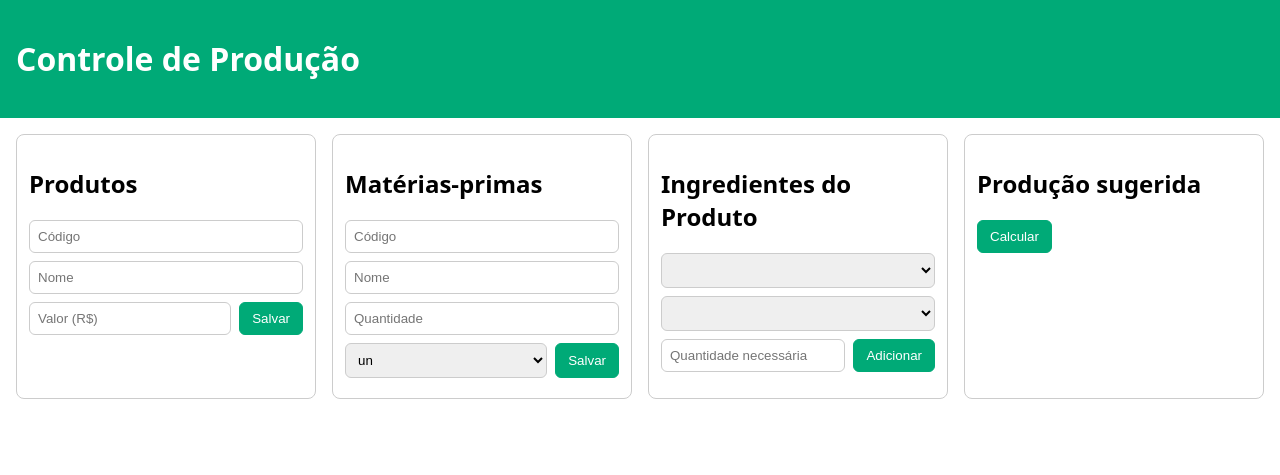
Repository: renancastilho/AutoFlex
Page: frontend/index.html
An editor plug-in stored every save of this project. The page is shown before and after the next save, followed by the edit.
The browser window is 1280 px wide. The pictures show the whole page.
The page's requests for data from a server got no answer.

Above is the page before, as saved 2026-02-02 10:43:22.

After the next save:
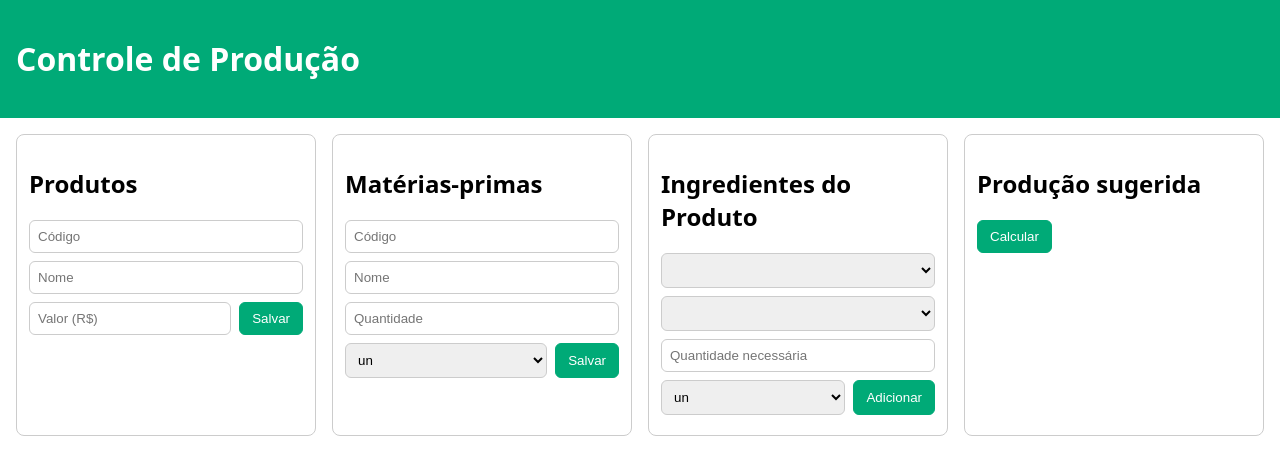
Saved 9 min 42 s later.
--- a/frontend/index.html
+++ b/frontend/index.html
@@ -43,7 +43,12 @@
             <div class="linha">
                 <select id="produto-selecionado"></select>
                 <select id="materia-selecionada"></select>
-                <input id="quantidade-necessaria" type="number" placeholder="Quantidade necessária">
+                <input id="quantidade-necessaria" type="text" inputmode="decimal" placeholder="Quantidade necessária">
+                <select id="ingrediente-unidade">
+                    <option value="un">un</option>
+                    <option value="kg">kg</option>
+                    <option value="g">g</option>
+                </select>
                 <button id="btn-adicionar-ingrediente">Adicionar</button>
             </div>
             <div id="lista-ingredientes" class="lista"></div>
